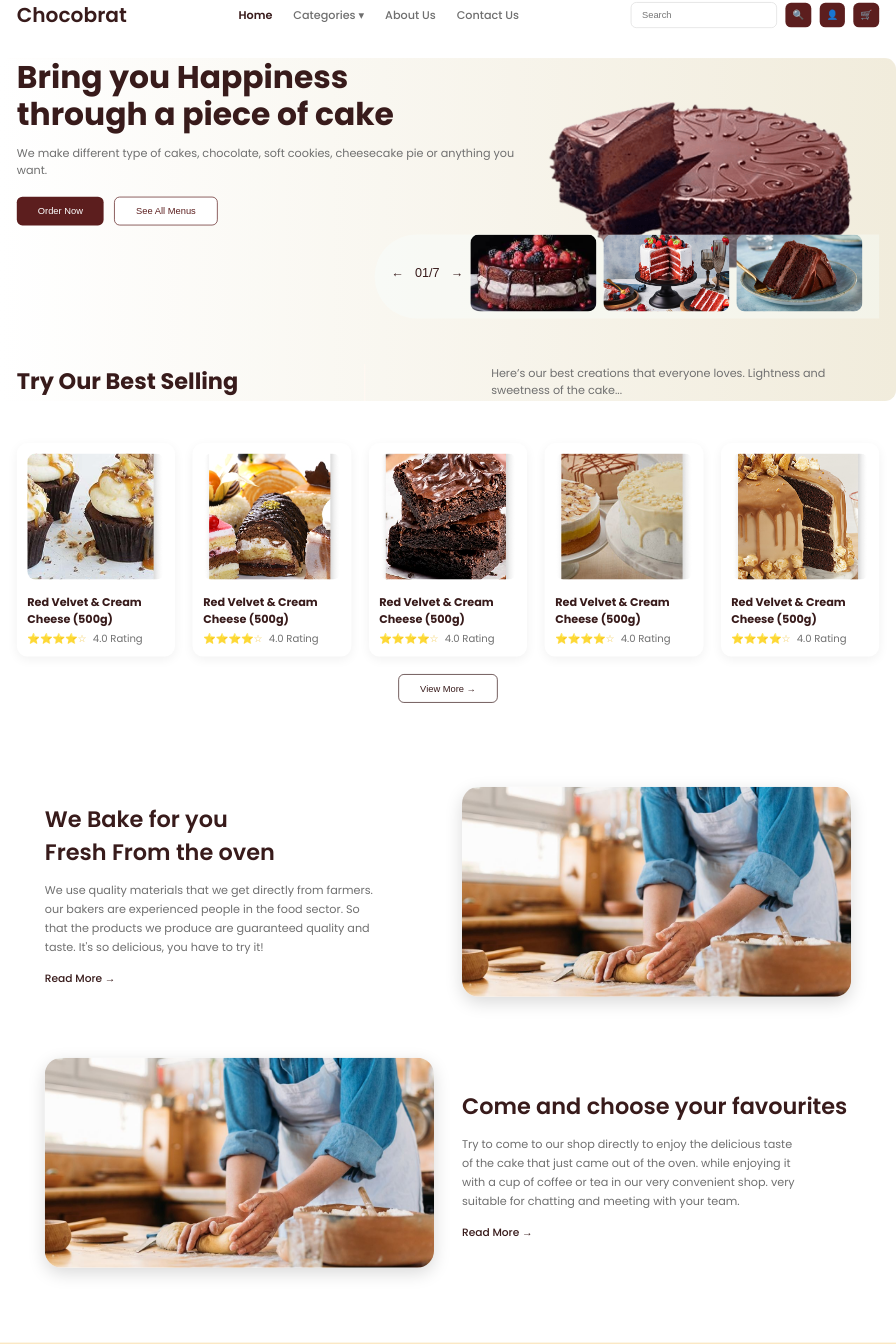
Repository: josegabrielzevallos/chocobrat-bakery-website
Page: index.html
The author's editor kept a copy of each file at every save. The page is drawn from the files as they stood at one save, then again after the next save.
The browser window is 1280 px wide. The pictures show the part of the page from y = 0 to 1920 px (the page is 3087 px tall), at 70% of full size.

Above is the page before, as saved 2025-11-20 18:15:30.

After the next save:
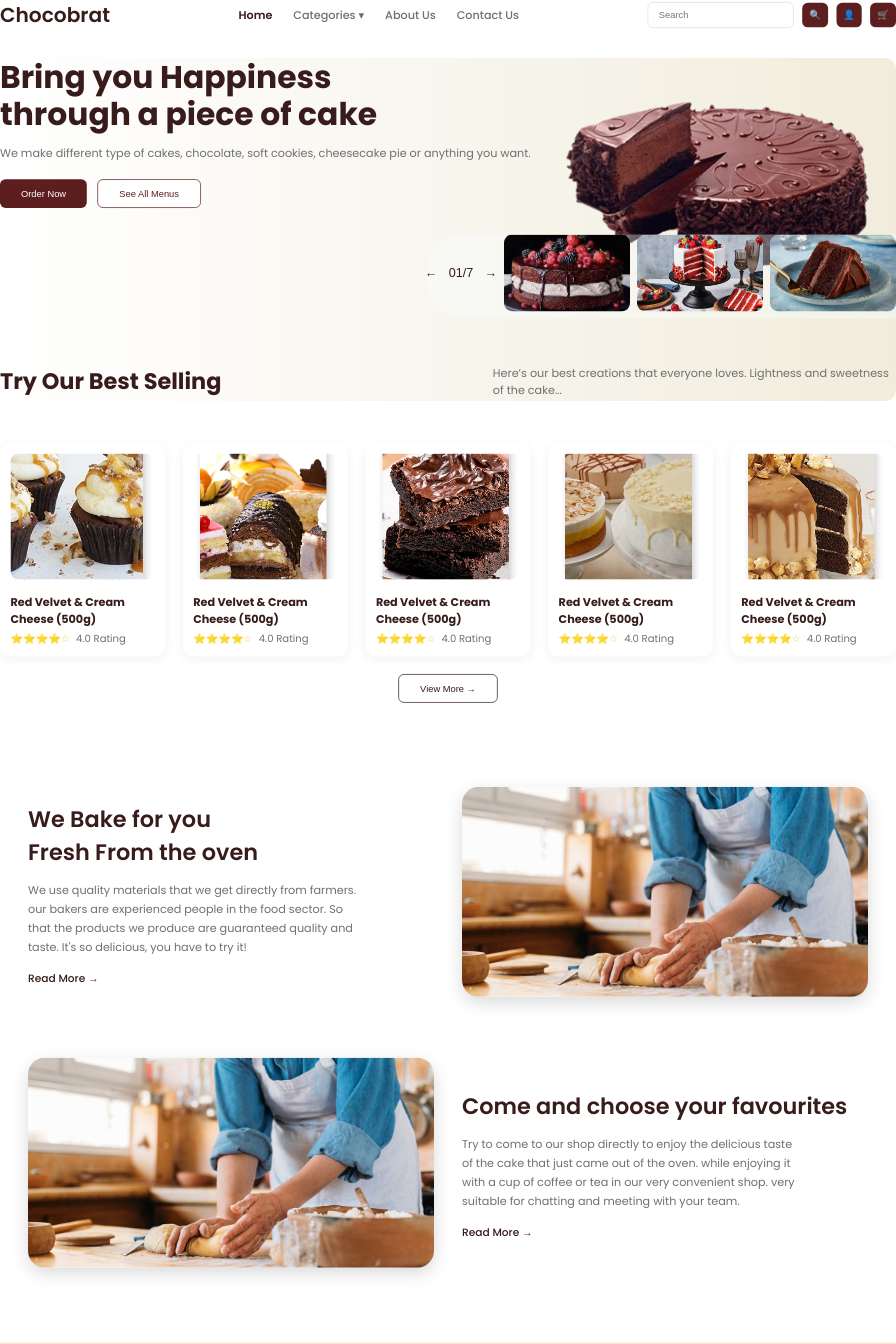
Saved 24 s later.
--- a/styles.css
+++ b/styles.css
@@ -14,8 +14,8 @@
 
 .container {
     max-width: 1478px;
-    margin: 0 auto;        /* centra TODAS las secciones */
-    padding: 0 24px;        /* padding uniforme sin empujar a la izquierda */
+    margin: 0 ;        /* centra TODAS las secciones */
+    padding: 0 ;        /* padding uniforme sin empujar a la izquierda */
 }
 
 

After the save that followed:
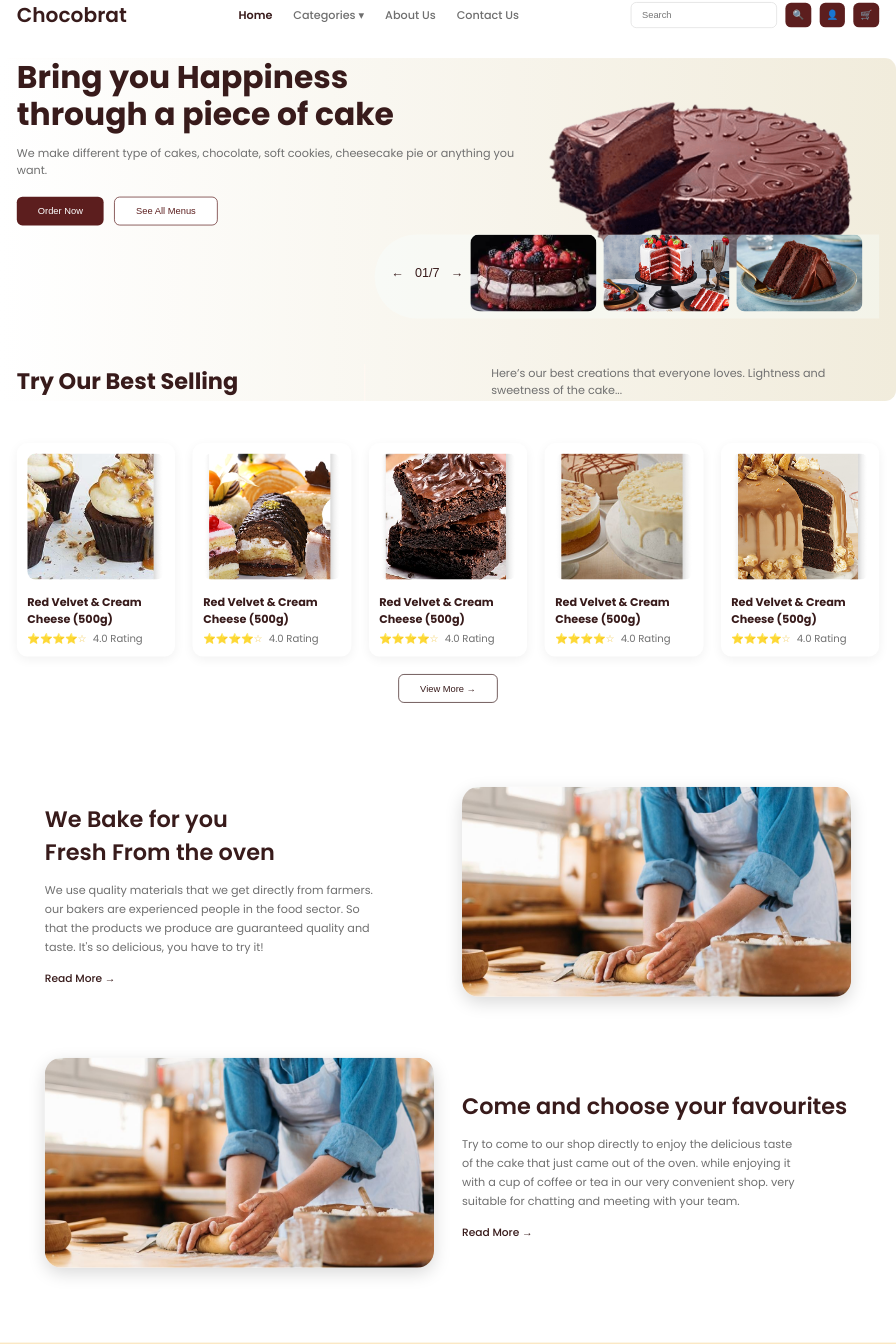
Saved 19 s later.
--- a/styles.css
+++ b/styles.css
@@ -14,8 +14,8 @@
 
 .container {
     max-width: 1478px;
-    margin: 0 ;        /* centra TODAS las secciones */
-    padding: 0 ;        /* padding uniforme sin empujar a la izquierda */
+    margin: 0 auto;        /* centra TODAS las secciones */
+    padding: 0 24px;        /* padding uniforme sin empujar a la izquierda */
 }
 
 
